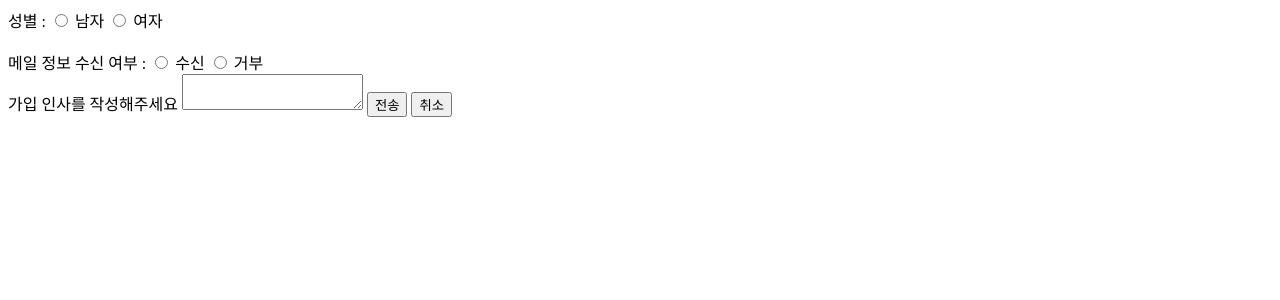
Repository: minimelody/servlet
Page: webworkspace2/web1/WebContent/views/ex1/radio.html
The author's editor kept a copy of each file at every save. The page is drawn from the files as they stood at one save, then again after the next save.
The browser window is 1280 px wide. The pictures show the whole page.

Above is the page before, as saved 2018-05-17 08:27:36.

After the next save:
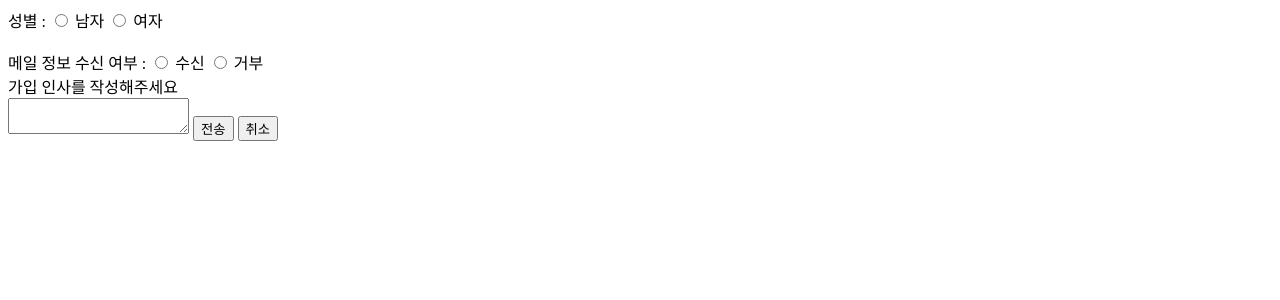
Saved 8 s later.
--- a/webworkspace2/web1/WebContent/views/ex1/radio.html
+++ b/webworkspace2/web1/WebContent/views/ex1/radio.html
@@ -14,7 +14,7 @@
 		<input type="radio" name="mail" value="yes"> 수신
 		<input type="radio" name="mail" value="no"> 거부
 		<br>
-		가입 인사를 작성해주세요
+		가입 인사를 작성해주세요<br>
 		<textarea></textarea>
 		<input type="submit" value="전송">
 		<input type="reset" value="취소">
